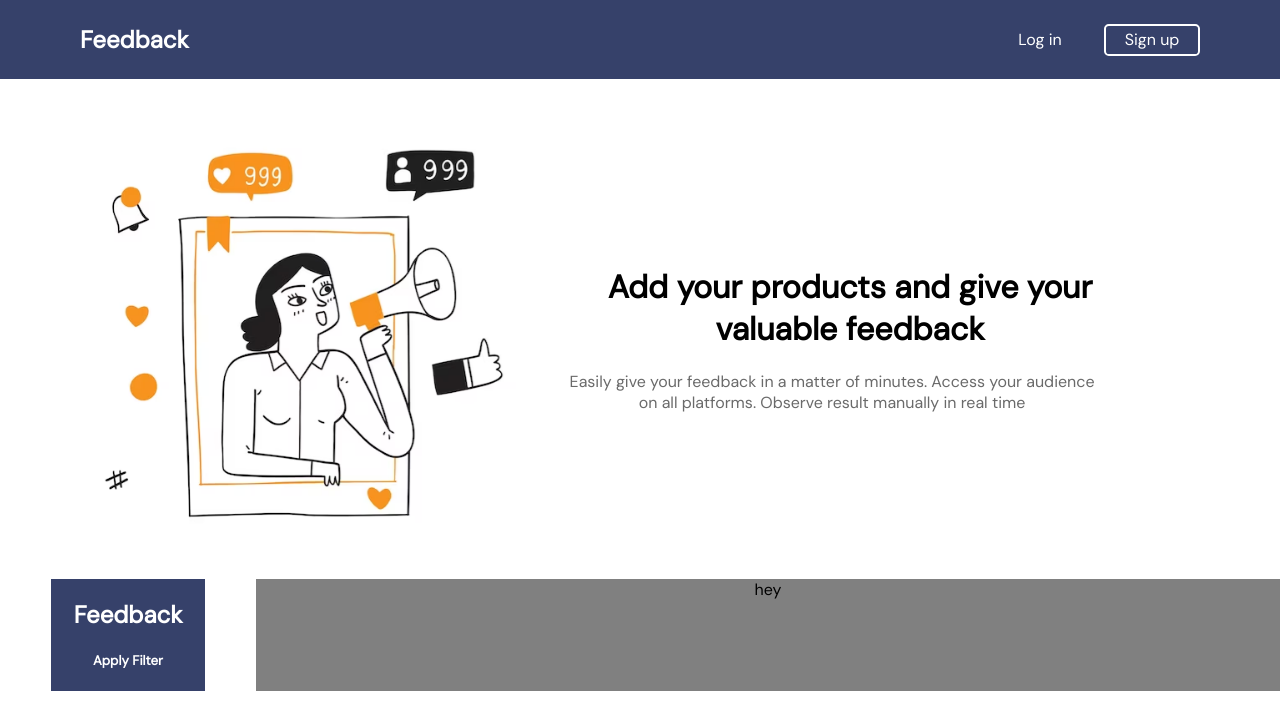
Repository: drumsmanku/final-evaluation-test
Page: / (app in client/)
The author's editor kept a copy of each file at every save. The page is drawn from the files as they stood at one save, then again after the next save.
The browser window is 1280 px wide. The pictures show the whole page.
The page's requests for data from a server got no answer. The project was rebuilt for these pictures with package versions that can differ from the ones it lists, and the page was loaded fresh each time. No one was signed in, and anything a server would have sent is missing.

Above is the page before, as saved 2023-07-28 13:53:28.

After the next save:
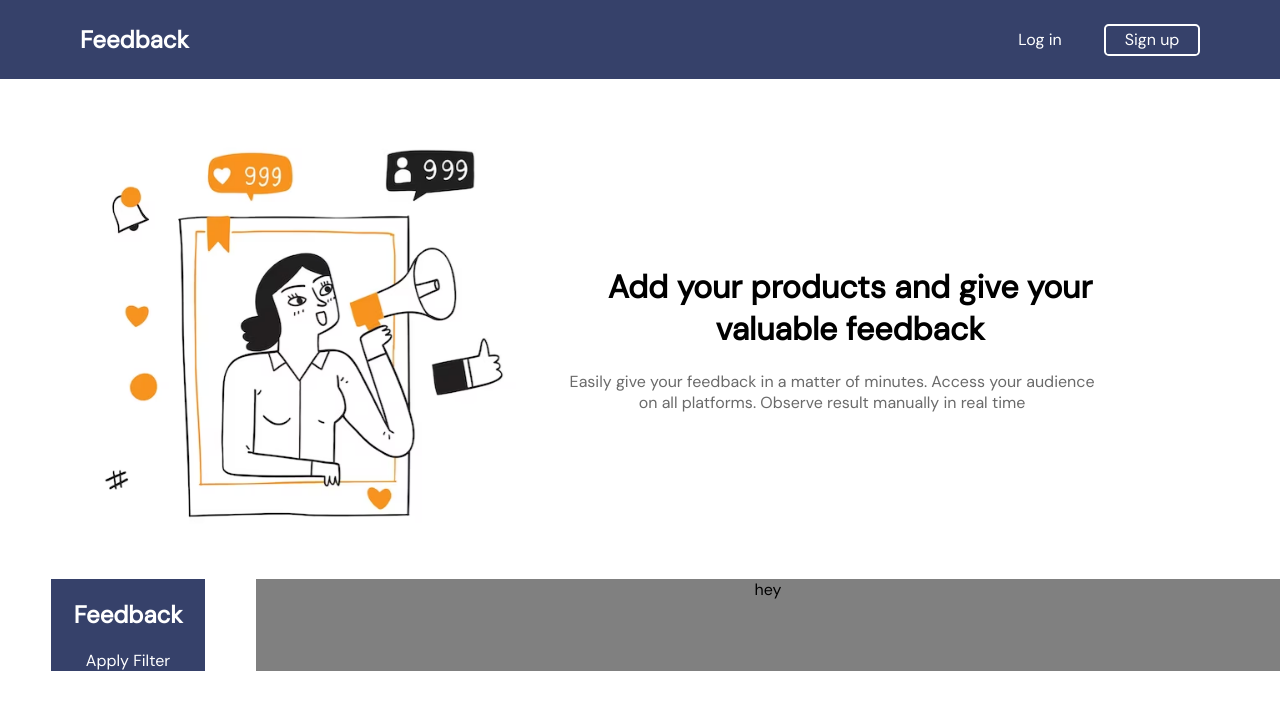
Saved 20 s later.
--- a/client/src/Components/MainPage.js
+++ b/client/src/Components/MainPage.js
@@ -72,7 +72,7 @@
         <div className="bottom-left">
           <article style={{backgroundColor:'#36416A', width:'60%', color:'white'}}>
             <h2>Feedback</h2>
-            <h5>Apply Filter</h5>
+            <span>Apply Filter</span>
           </article>
         </div>
         <div className="bottom-right">

After the save that followed:
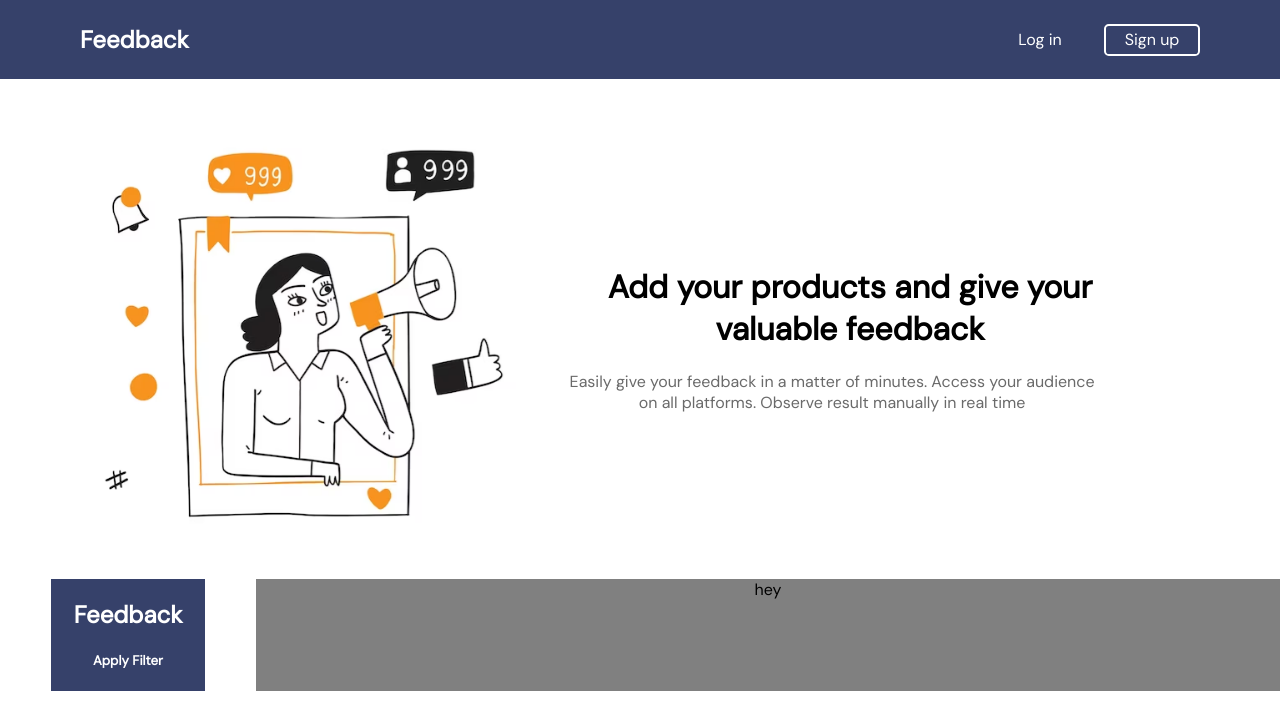
Saved 11 s later.
--- a/client/src/Components/MainPage.js
+++ b/client/src/Components/MainPage.js
@@ -72,7 +72,7 @@
         <div className="bottom-left">
           <article style={{backgroundColor:'#36416A', width:'60%', color:'white'}}>
             <h2>Feedback</h2>
-            <span>Apply Filter</span>
+            <h5>Apply Filter</h5>
           </article>
         </div>
         <div className="bottom-right">
